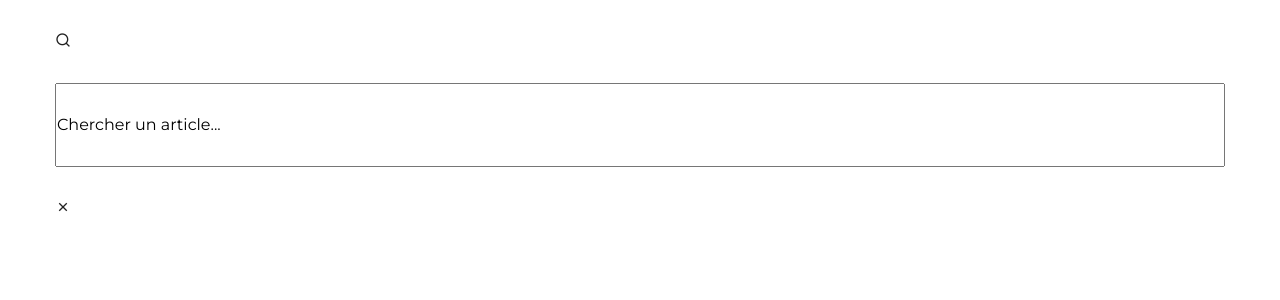
Repository: keita8/makeety-ecommerce
Page: index.html
The author's editor kept a copy of each file at every save. The page is drawn from the files as they stood at one save, then again after a run of saves.
The browser window is 1280 px wide. The pictures show the whole page.

Above is the page before, as saved 2023-01-26 18:49:21.

After the next 4 saves:
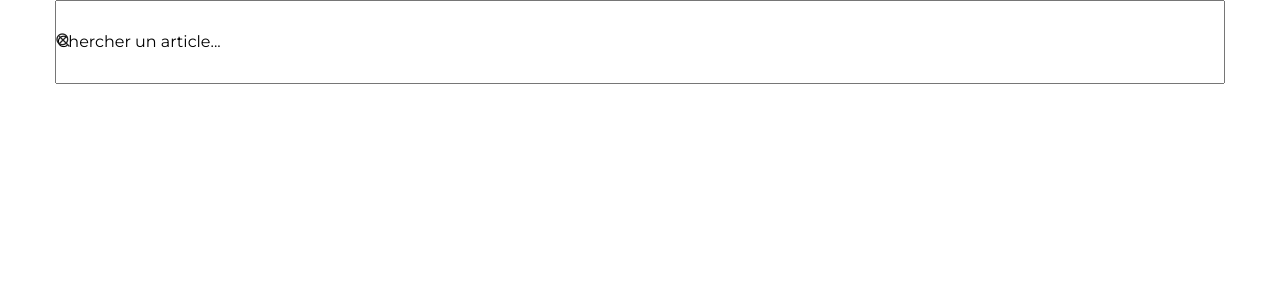
The 4 saves are shown as one change because they came seconds apart.
The last was saved 13 s later.
--- a/css/style.css
+++ b/css/style.css
@@ -251,7 +251,9 @@
     }
 
     form.search :where(i) {
-        w
+        position: absolute;
+        left: 0;
+        top: 0;
     }
 
     @media (min-width: 992px) {
